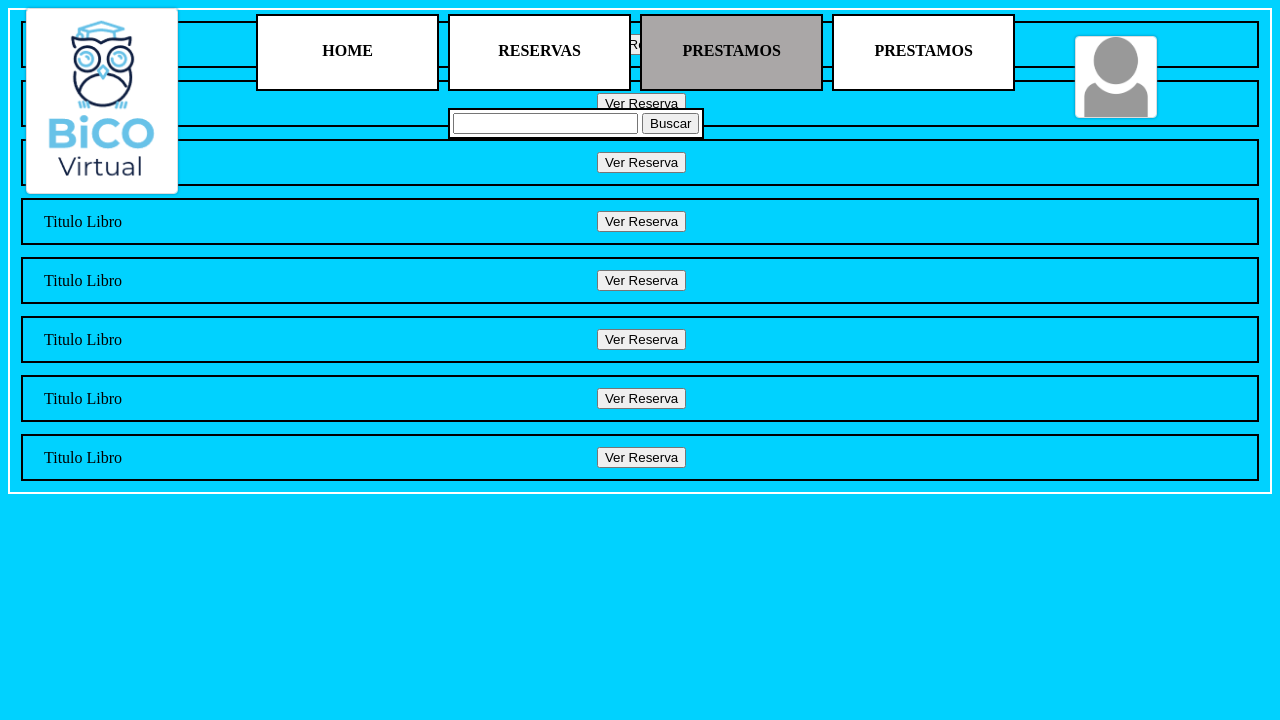
Repository: i72frpeu/IW_Bien
Page: http://localhost/Trabajo_IW/Vistas/Home Pedidos.jsp
These files come from the project's save history. The page is drawn as it stood at one moment and after the next save; the edit follows.
The browser window is 1280 px wide. The pictures show the whole page.
The page is served by Tomcat 9.

Above is the page before, as saved 2020-05-17 13:28:00.

After the next save:
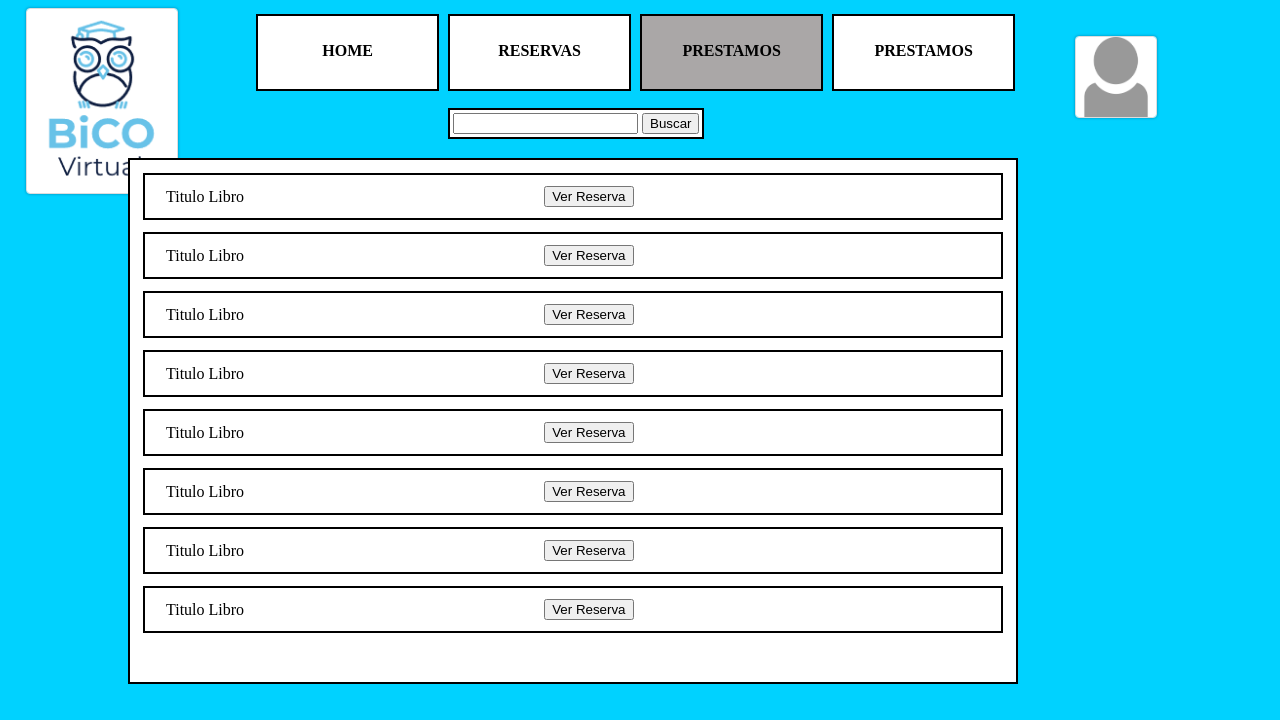
Saved 39 s later.
--- a/WorkSpace/Trabajo IW/WebContent/CSS/wf7.0.css
+++ b/WorkSpace/Trabajo IW/WebContent/CSS/wf7.0.css
@@ -27,5 +27,13 @@ table.tablalibro
 
 .div_home_1
 {
-
+	background-color: white;
+	border: 2px solid black;
+	position: fixed;
+	left: 10%;
+	right: 20.5%;
+	top:22%;
+	bottom: 5%;
+	color: black;
+	overflow: auto;
 }
